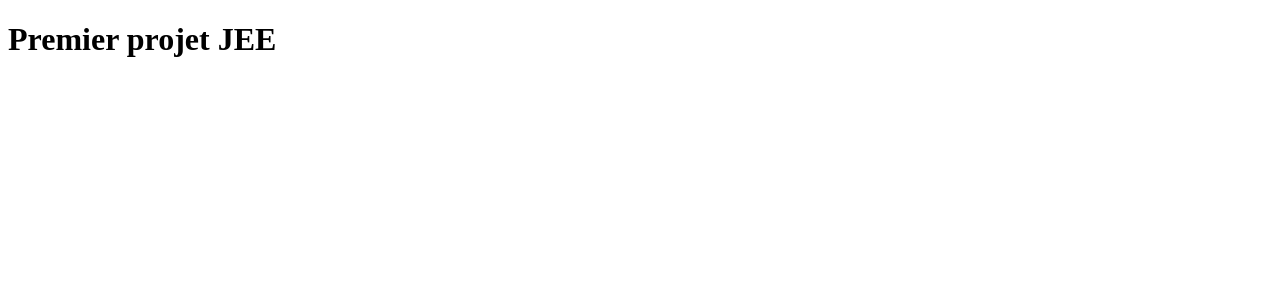
Repository: lemzoo/Formation_JEE
Page: FirstProject/WebContent/monPremierFichier.html
The author's editor kept a copy of each file at every save. The page is drawn from the files as they stood at one save, then again after the next save.
The browser window is 1280 px wide. The pictures show the whole page.

Above is the page before, as saved 2016-06-17 08:41:36.

After the next save:
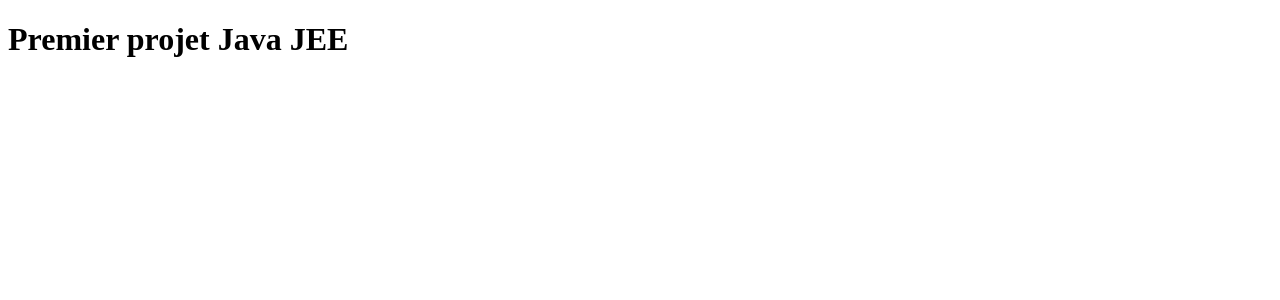
Saved 7 s later.
--- a/FirstProject/WebContent/monPremierFichier.html
+++ b/FirstProject/WebContent/monPremierFichier.html
@@ -5,6 +5,6 @@
 <title>Mon premier fichier HTML</title>
 </head>
 <body>
-<h1>Premier projet JEE</h1>
+<h1>Premier projet Java JEE</h1>
 </body>
 </html>
